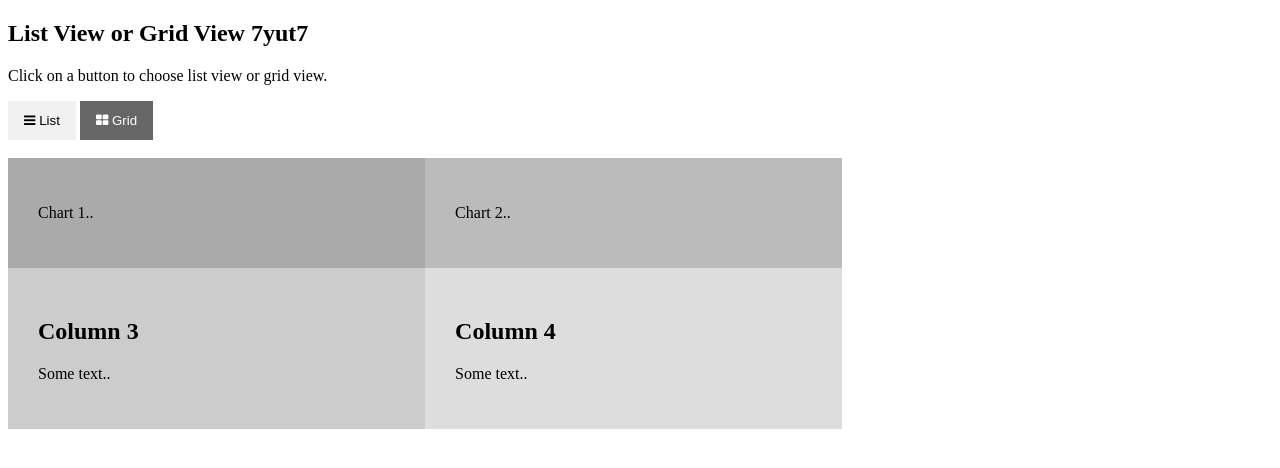
Repository: manjuladevadoss/DemoProject
Page: Eclipseworkspace/DemoPro/html/CCDisplay.html
An editor plug-in stored every save of this project. The page is shown before and after the next save, followed by the edit.
The browser window is 1280 px wide. The pictures show the whole page.

Above is the page before, as saved 2019-02-19 08:53:53.

After the next save:
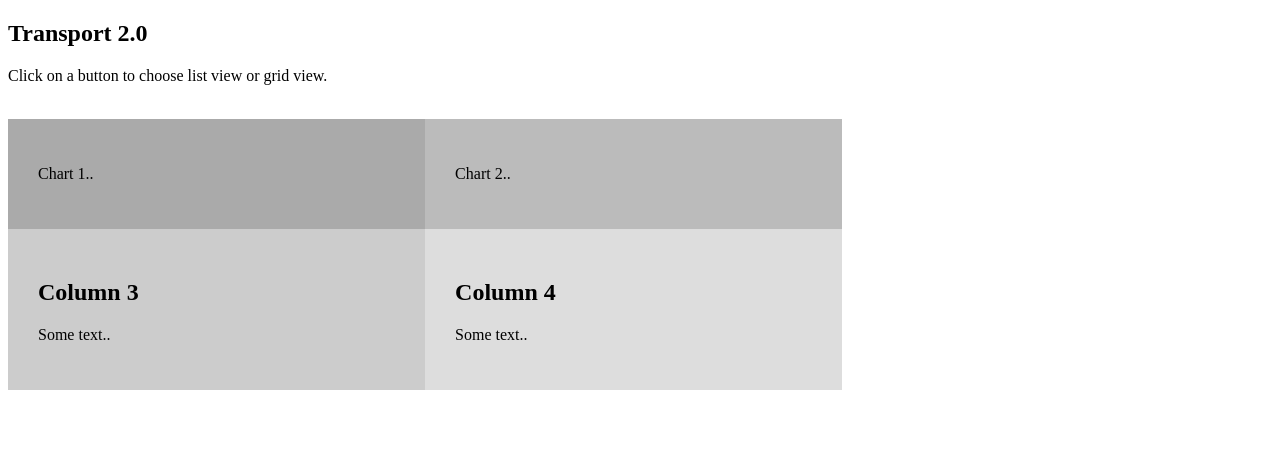
Saved 49 s later.
--- a/Eclipseworkspace/DemoPro/html/CCDisplay.html
+++ b/Eclipseworkspace/DemoPro/html/CCDisplay.html
@@ -41,15 +41,10 @@
 </head>
 <body>
 
-<h2>List View or Grid View 7yut7</h2>
+<h2>Transport 2.0</h2>
 
 <p>Click on a button to choose list view or grid view.</p>
 
-<div id="btnContainer">
-  <button class="btn" onclick="listView()"><i class="fa fa-bars"></i> List</button>
-  <button class="btn active" onclick="gridView()"><i class="fa fa-th-large"></i> Grid</button>
-
-</div>
 <br>
 
 <div class="row">
